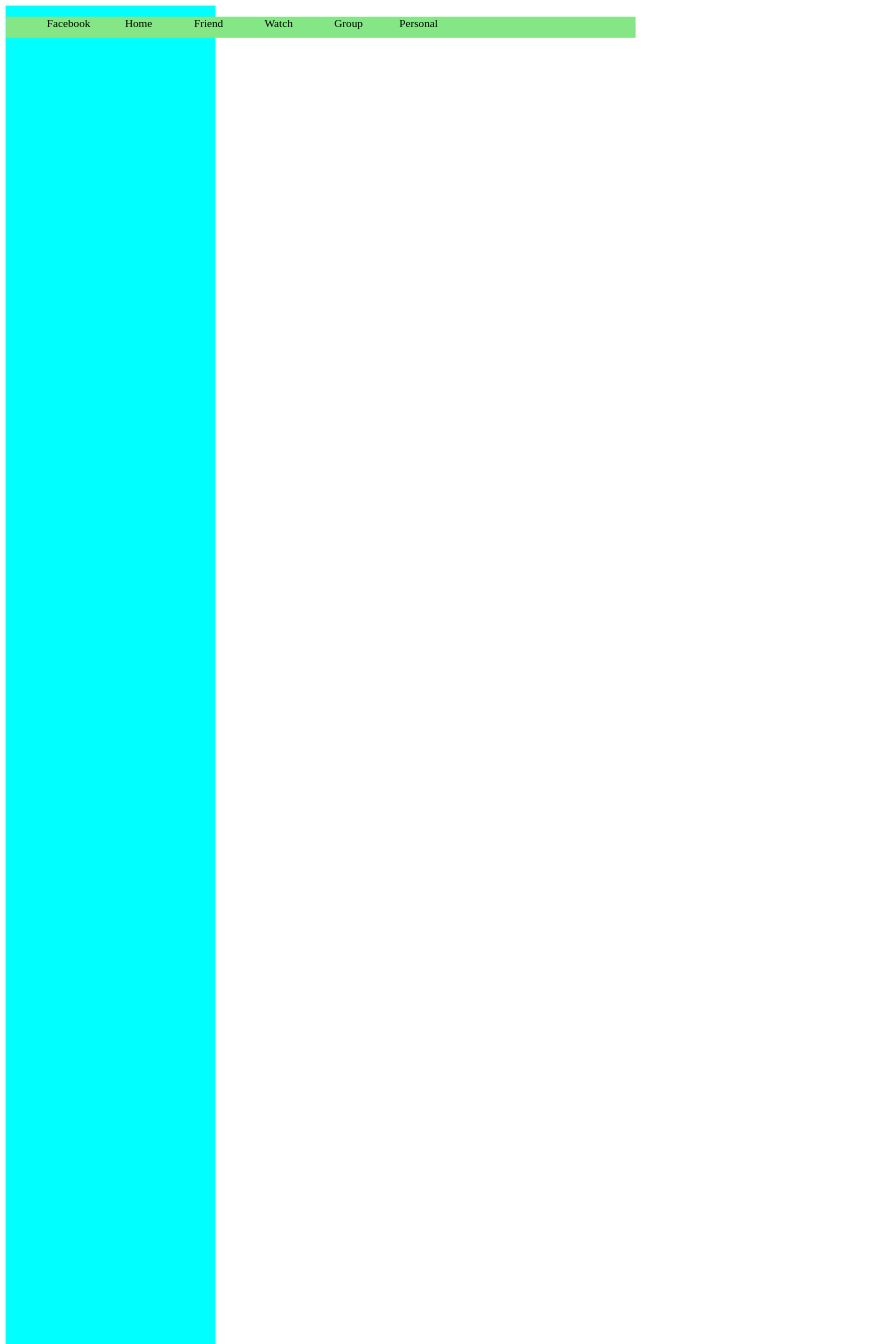
Repository: nguyenhung50497/MD2_cssLayout
Page: BT_taoFbDonGian/index.html
These files come from the project's save history. The page is drawn as it stood at one moment and after a run of saves; the edit follows.
The browser window is 1280 px wide. The pictures show the part of the page from y = 0 to 1920 px (the page is 2016 px tall before and 6016 px after), at 70% of full size.

Above is the page before, as saved 2022-11-29 14:44:30.

After the next 2 saves:
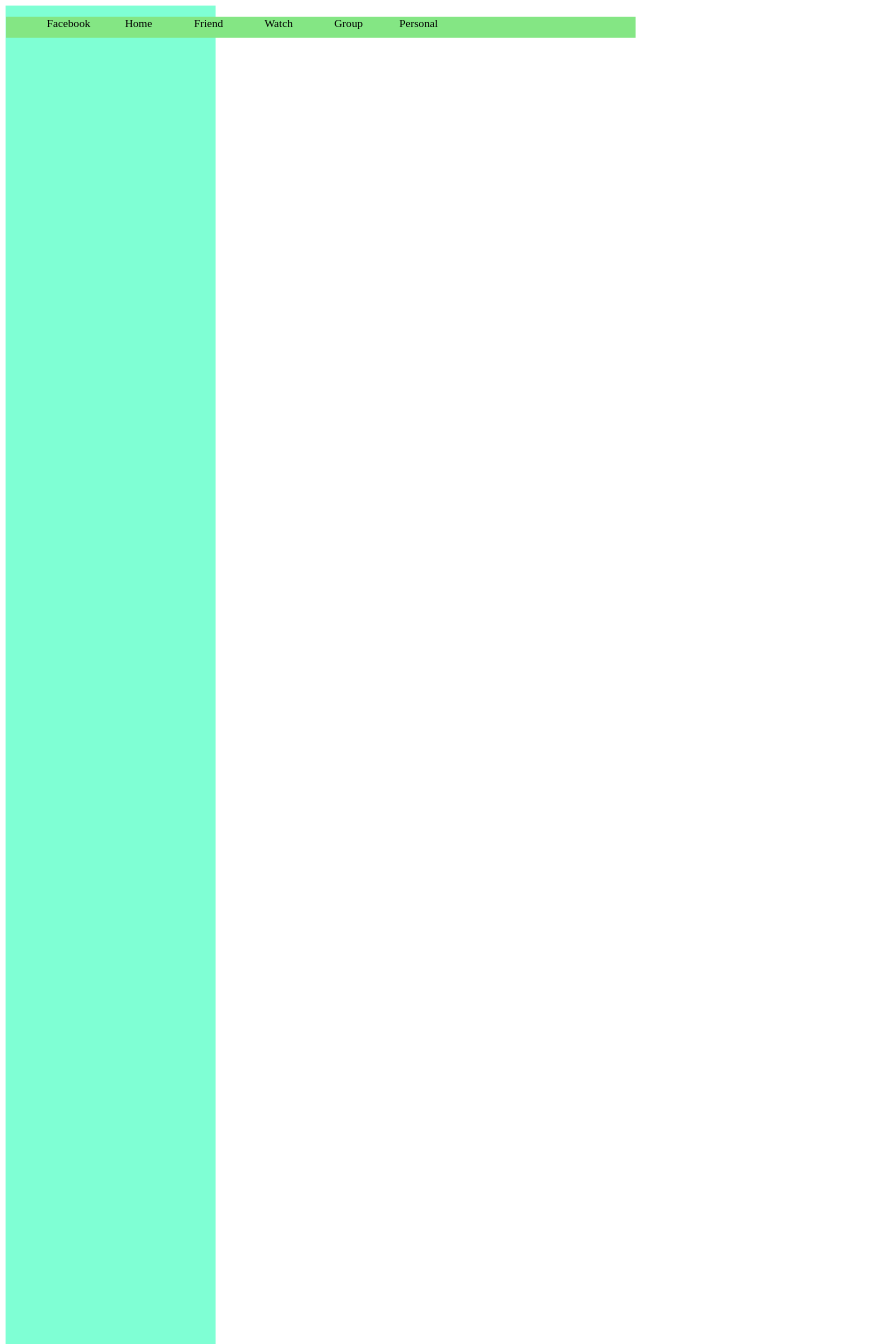
The 2 saves are shown as one change because they came seconds apart.
The last was saved 9 s later.
--- a/BT_taoFbDonGian/styles.css
+++ b/BT_taoFbDonGian/styles.css
@@ -26,9 +26,15 @@
 }
 
 #left {
+    box-sizing: border-box;
+    width: 300px;
+    height: 2000px;
     background-color: aquamarine;
 }
 
 #right {
+    box-sizing: border-box;
+    width: 300px;
+    height: 2000px;
     background-color: blanchedalmond;
 }
